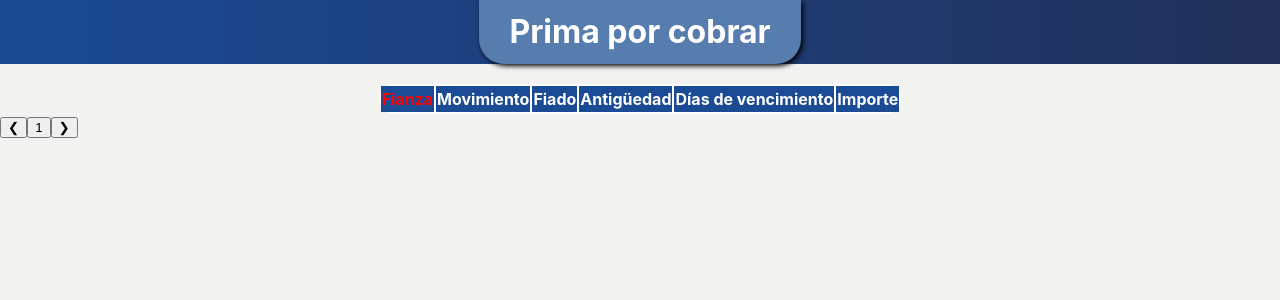
Repository: PCGP22/prueba-t-cnica-liberty-finanzas
Page: / (app in Prueba técnica full-stack/client/)
These files come from the project's save history. The page is drawn as it stood at one moment and after the next save; the edit follows.
The browser window is 1280 px wide. The pictures show the whole page.
The page's requests for data from a server got no answer. The project was rebuilt for these pictures with package versions that can differ from the ones it lists, and the page was loaded fresh each time. No one was signed in, and anything a server would have sent is missing. Also part of the build but not shown: Prueba técnica full-stack/client/vite.config.js, Prueba técnica full-stack/client/src/components/Card.jsx, Prueba técnica full-stack/client/src/components/CardsContainer.jsx, Prueba técnica full-stack/client/src/components/Filters.jsx.

Above is the page before, as saved 2023-11-14 08:03:48.

### Prueba técnica full-stack/client/src/App.jsx
import { dataContext } from "./context/dataContext";
import Table from "./components/Table";
import { useEffect, useReducer } from "react";
import Pagination from "./components/pagination";
import reducer from "./hooks/Reducer";
import Header from "./components/Header";

function App() {
  let url = "http://localhost:5000/primas";
  const initialState = {
    backupData: {},
    data: {},
    dataToShow: {},
    currentPage: 1,
    maxPages: 1,
    contentPerPage: 8,
  };

  const [state, dispatch] = useReducer(reducer, initialState);
  useEffect(() => {
    fetch(url)
      .then((res) => res.json())
      .then((data) => dispatch({ type: "initialize", payload: data.primas }));
  }, [url]);

  return (
    <dataContext.Provider value={[state, dispatch]}>
      <Header />
      <Table />
      <Pagination />
    </dataContext.Provider>
  );
}

export default App;

### Prueba técnica full-stack/client/src/index.css
:root {
  font-family: Inter, system-ui, Avenir, Helvetica, Arial, sans-serif;
  line-height: 1.5;
  font-weight: 400;
  --background-color: #f2f2f1;
  --darkest-blue: #22305a;
  --blue: #1a4b94;
  --light-blue: #577dae;
  --lightest-blue: #9fbde4;
  --status-red: #de7878;
  --status-yellow: #f6c476;
  --status-green: #8fc475;
  --icon-red: #b93d3d;
  --icon-green: #6cb85d;
  --text-blue: #3a689d;
  --text-red:  #af2e2c;
  --box-shadow: black 2px 2px 5px;
}
body, h1{
  margin: 0;
  padding: 0;
}
body{
  background-color:var(--background-color);
}
header{
  display: flex;
  flex-direction: column;
  align-items: center;
}
h1{
  display: inline-block;
  padding: 8px 30px;
  border-radius: 0 0 25px 25px;
  background-color: var(--light-blue);
  color:white;
  text-align: center;
  box-shadow: var(--box-shadow);
}

header{
  background-image: linear-gradient(to right,var(--blue), var(--darkest-blue));
  width: 100%;
}

.filters{
  margin-top: 40px;
  display: flex;
  gap: 40px;
  align-self: flex-start;
  padding-left: 5%;
}
.filters select{
  height: 40px;
  font-size: larger;
  border-radius: 5px;
  border: black 2px solid;
}

.cards{
  padding: 2% 5%;
  box-sizing: border-box;
  display: flex;
  justify-content: space-between;
  width: 100%;
}

.cards figure{
  background-color: var(--background-color);
  min-width: 250px;
  padding: 0.5% 2%;
  border-radius: 10px;
  box-shadow: var(--box-shadow);
}

.cards figure h3{
  margin: 0;
}

.cards figure > p{
  font-size: 1.8em;
  text-align: center;
}

.cards div{
  display: inline-flex;
  flex-wrap: wrap;
  max-width: 40%;
  align-items: center;
  justify-content: center;
  gap:20px;
}

.cards div p {
  margin: 0;
}

.cards div p:first-of-type {
  font-size: 1.5em;
}

.cards div p:last-of-type{
  font-size: 1.2em;
  margin: 0;
}

.icon{
  background-image: linear-gradient(to right,var(--blue), var(--darkest-blue));
  font-size: 1.5em;
  padding: 4px;
  border-radius: 50%;
}
.positive{
  color:var(--text-blue);
  margin-right: 20px;
}
.negative{
  color:var(--text-red);
  margin-left:20px;
}
.cross{
  color: var(--icon-red)
}
.check{
  color: var(--icon-green)
}

table{
  margin: auto;
  margin-top: 20px;
  background-color:white;
  border-radius:15px;
}
table tr:first-child{
  background-color:var(--blue);
  color:white;
}

table tr th:first-child{
  color:red;
}

### Prueba técnica full-stack/client/src/context/dataContext.js
import { createContext } from "react";

export const dataContext = createContext();

### Prueba técnica full-stack/client/src/components/Table.jsx
import { calculateAntiquityInDays } from "../utils/utils";
import { useContext } from "react";
import { dataContext } from "../context/dataContext";

function Table() {
  const [state, dispatch] = useContext(dataContext);

  return (
    <table>
      <tbody>
        <tr>
          <th>Fianza</th>
          <th>Movimiento</th>
          <th>Fiado</th>
          <th>Antigüedad</th>
          <th>Días de vencimiento</th>
          <th>Importe</th>
        </tr>
        {state.dataToShow.length > 0 &&
          state.dataToShow.map((t) => {
            let antiquity = calculateAntiquityInDays(
              t.datos["fecha de emisión"]
            );
            let daysSinceStale = calculateAntiquityInDays(
              t.datos["fecha de vencimiento"]
            );
            if (daysSinceStale < 0) daysSinceStale = 0;
            return (
              <tr key={t.datos.código_de_fianza}>
                <td>{t.datos.código_de_fianza}</td>
                <td>{t.datos.tipo_de_movimiento}</td>
                <td>{t.datos.fiado}</td>
                <td>{antiquity}</td>
                <td>{daysSinceStale}</td>
                <td>${t.datos.importe.toLocaleString()}</td>
              </tr>
            );
          })}
      </tbody>
    </table>
  );
}

export default Table;

### Prueba técnica full-stack/client/src/components/pagination.jsx
import { useContext } from "react";
import { dataContext } from "../context/dataContext";

function Pagination() {
  const [state, dispatch] = useContext(dataContext);

  //   return <button onClick={() => dispatch({ type: "change" })}>Cambiar</button>;
  //   const { state.maxPages, state.currentPage, setstate.CurrentPage, setNextPage, setPrevPage } =
  // useContext(dataContext);
  //This pagination is somewhat complex because I've used it before in bigger proyects.
  //First, it initializes the pagination buttons to the first 6 numbers except for the number 1
  //The reason it doesn't includes the first page is because the first and last page buttons are always shown
  let pagesButtons = [2, 3, 4, 5, 6];
  //while the current page stays on the first three pages, show all first 6
  //The reason for the if, it's that I want the first 6 buttons to be shown when returning from the latest pages
  if (
    state.currentPage === 1 ||
    state.currentPage === 2 ||
    state.currentPage === 3
  ) {
    pagesButtons = [2, 3, 4, 5, 6];
  }
  //As soon as we change to page 4 or more, let's follow the current page and
  //add two buttons to the left and two to the right
  if (state.currentPage >= 4) {
    pagesButtons = [
      state.currentPage - 2,
      state.currentPage - 1,
      state.currentPage,
      state.currentPage + 1,
      state.currentPage + 2,
    ];
  }
  //When approaching to the right end of the pagination, show the last 5 pages
  if (
    state.currentPage === state.maxPages - 1 ||
    state.currentPage === state.maxPages - 2 ||
    state.currentPage === state.maxPages
  ) {
    //The reason it doesn't includes the last page is because the first and last page buttons are always shown
    pagesButtons = [
      state.maxPages - 5,
      state.maxPages - 4,
      state.maxPages - 3,
      state.maxPages - 2,
      state.maxPages - 1,
    ];
  }
  return (
    <section className="pagination">
      <button
        //About the class: When in first or last page the navigation chevrons will have a special class
        //The same happens when the button is the current page
        className={`${state.currentPage === 1 && "disabled"}`}
        onClick={() => dispatch({ type: "prevPage" })}>
        ❮
      </button>
      {/* First button, always shown */}
      <button
        className={`${state.currentPage === 1 && "disabled"}`}
        onClick={() => dispatch({ type: "setPage", payload: 1 })}>
        1
      </button>
      {/* Adds three dots in case the current page is bigger than 4*/}
      {state.currentPage > 4 && <p>•••</p>}
      {/* Map through all pages defined in the first part*/}
      {pagesButtons.map((p) => {
        if (p > 1 && p < state.maxPages)
          return (
            <button
              className={`${state.currentPage === p && "disabled"}`}
              key={p}
              onClick={() => dispatch({ type: "setPage", payload: p })}>
              {p}
            </button>
          );
      })}
      {/* Adds three dots in case the current page is getting closer to the right end*/}
      {state.currentPage < state.maxPages - 3 && <p>•••</p>}
      {/* If there's more than 1 page, show always the last page*/}
      {state.maxPages > 1 && (
        <button
          className={`${state.currentPage === state.maxPages && "disabled"}`}
          onClick={() =>
            dispatch({ type: "setPage", payload: state.maxPages })
          }>
          {state.maxPages}
        </button>
      )}
      <button
        className={`${state.currentPage === state.maxPages && "disabled"}`}
        onClick={() => dispatch({ type: "nextPage" })}>
        ❯
      </button>
    </section>
  );
}

export default Pagination;

### Prueba técnica full-stack/client/src/hooks/Reducer.js
function reducer(state, action) {
  function divideData(data, currentPage, state) {
    let dividedData = data.slice(
      (currentPage - 1) * state.contentPerPage,
      currentPage * state.contentPerPage
    );
    return dividedData;
  }
  function calculateMaxPages(data, state) {
    let maxPages = Math.ceil(data.length / state.contentPerPage);
    return maxPages;
  }
  const { type, payload } = action;
  switch (type) {
    case "initialize":
      return {
        ...state,
        backupData: payload,
        data: payload,
        dataToShow: divideData(payload, 1, state),
        maxPages: calculateMaxPages(payload, state),
      };
    case "prevPage":
      if (state.currentPage > 1) {
        return {
          ...state,
          currentPage: state.currentPage - 1,
          dataToShow: divideData(state.data, state.currentPage - 1, state),
        };
      } else return state;
    case "nextPage":
      if (state.currentPage < state.maxPages) {
        return {
          ...state,
          currentPage: state.currentPage + 1,
          dataToShow: divideData(state.data, state.currentPage + 1, state),
        };
      } else return state;
    case "setPage":
      return {
        ...state,
        currentPage: payload,
        dataToShow: divideData(state.data, payload, state),
      };
    case "filter":
      if (payload.filter === "") {
        return { ...state, dataToShow: state.backupData };
      } else
        return {
          ...state,
          dataToShow: state.backupData.filter(
            (d) => d[payload.type] === payload.filter
          ),
        };
    default:
      return state;
  }
}

export default reducer;

### Prueba técnica full-stack/client/src/components/Header.jsx
import CardsContainer from "./CardsContainer";
import Filters from "./Filters";

function Header() {
  return (
    <header>
      <h1>Prima por cobrar</h1>
      <Filters />
      <CardsContainer />
    </header>
  );
}

export default Header;

### Prueba técnica full-stack/client/src/utils/utils.js
//This function calculates how many days have passed since a date
export function calculateAntiquityInDays(date) {
  let parsedDate = parseDate(date);
  const CONSTANT_Ms_TO_DAYS = 86400000;
  let today = new Date();
  let comparisonDate = new Date(parsedDate);
  return Math.trunc((today - comparisonDate) / CONSTANT_Ms_TO_DAYS) - 1;
}

//transforms the date DD/MM/YYYY to an acceptable MM/DD/YYYY
function parseDate(date) {
  let stringToArray = date.split("/");
  let temp = stringToArray[0];
  stringToArray[0] = stringToArray[1];
  stringToArray[1] = temp;
  return stringToArray.join("/");
}

Loaded but not shown: Prueba técnica full-stack/client/index.html (common file); Prueba técnica full-stack/client/src/main.jsx (common file)

After the next save:
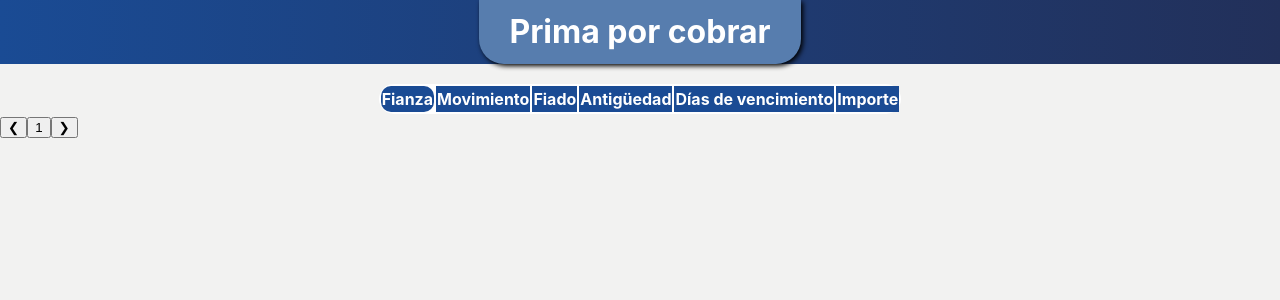
Saved 8 s later.
--- a/Prueba técnica full-stack/client/src/index.css
+++ b/Prueba técnica full-stack/client/src/index.css
@@ -137,5 +137,5 @@ table tr:first-child{
 }
 
 table tr th:first-child{
-  color:red;
+  border-radius:10px;
 }
